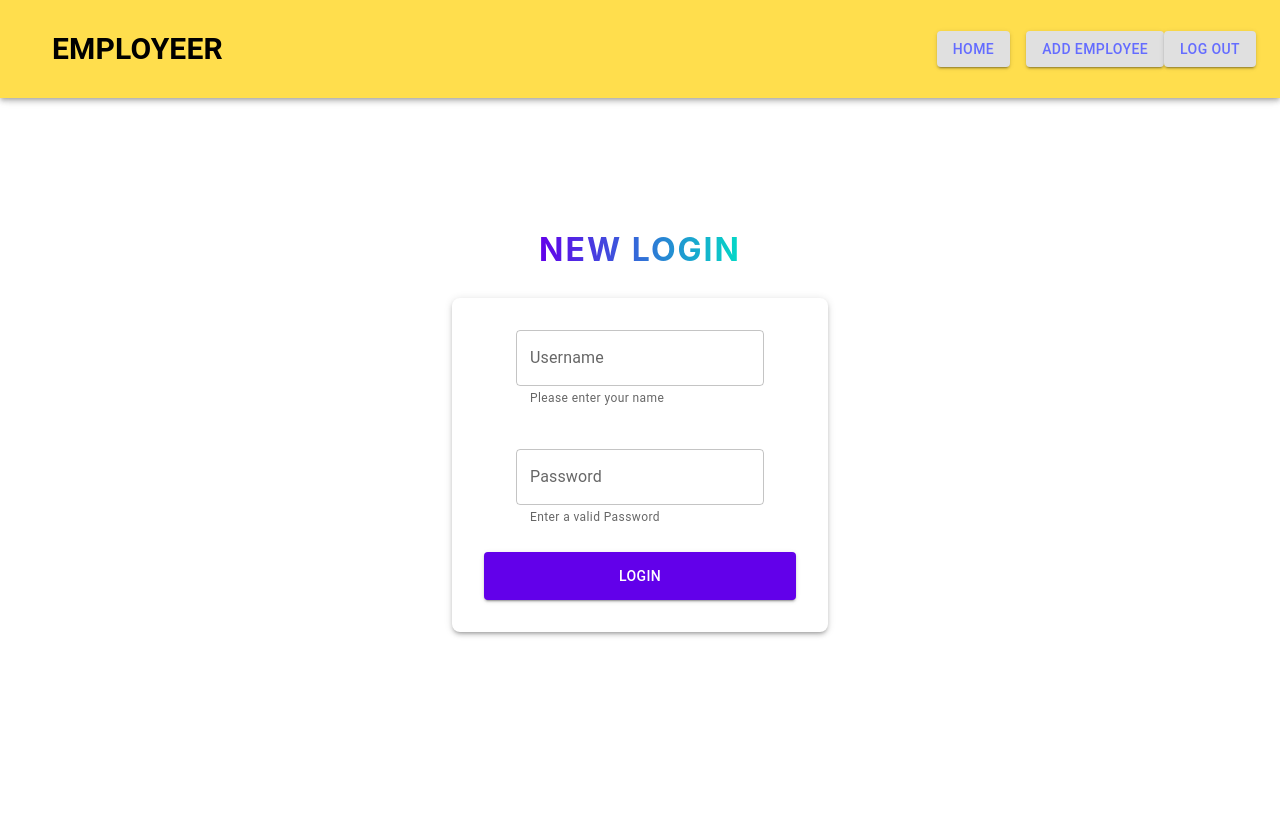
Repository: sarathraj2002/employee-app-case-study
Page: / (app in Frontend/)
These files come from the project's save history. The page is drawn as it stood at one moment and after the next save; the edit follows.
The browser window is 1280 px wide. The pictures show the whole page.
The project was rebuilt for these pictures with package versions that can differ from the ones it lists, and the page was loaded fresh each time. Also part of the build but not shown: Frontend/vite.config.js, Frontend/src/components/Home.jsx, Frontend/src/components/Add.jsx, Frontend/src/components/PrivateRoutes.jsx.

Above is the page before, as saved 2024-10-23 13:54:40.

After the next save:
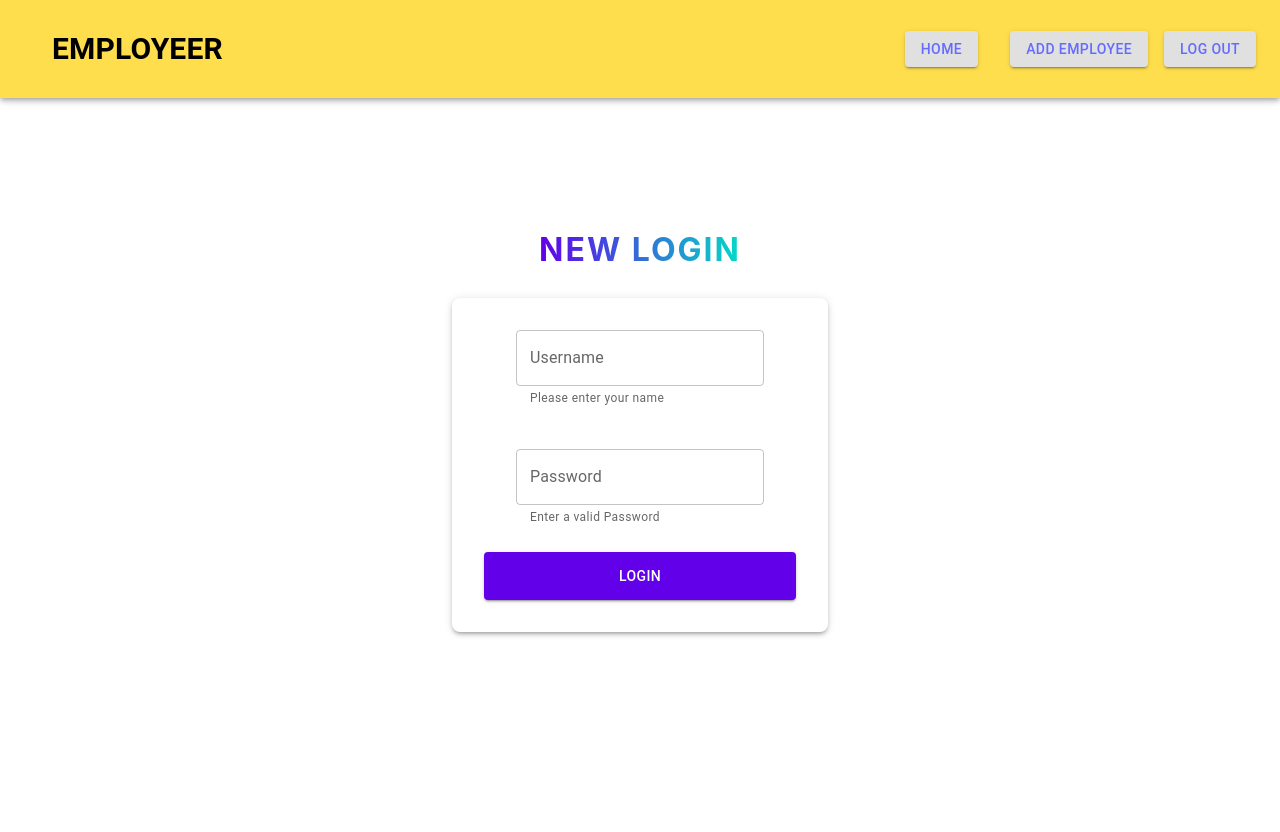
Saved 45 s later.
--- a/Frontend/src/components/Nav.jsx
+++ b/Frontend/src/components/Nav.jsx
@@ -28,7 +28,7 @@ const Nav = () => {
               <h2> EMPLOYEER</h2>
           </Typography>
        <Link to={'/'}><Button variant='contained' sx={{margin:2}} color="inherit">Home</Button></Link>
-       <Link to={'/add'}><Button variant='contained'  color="inherit">ADD EMPLOYEE</Button></Link>
+       <Link to={'/add'}><Button variant='contained' sx={{margin:2}} color="inherit">ADD EMPLOYEE</Button></Link>
       {/* <Link to={'/login'}><Button variant='contained' sx={{margin:2}} color="inherit">LOGIN</Button></Link> */}
       <Link to={'/'}><Button variant='contained'  color="inherit">LOG OUT</Button></Link>
         </Toolbar>
